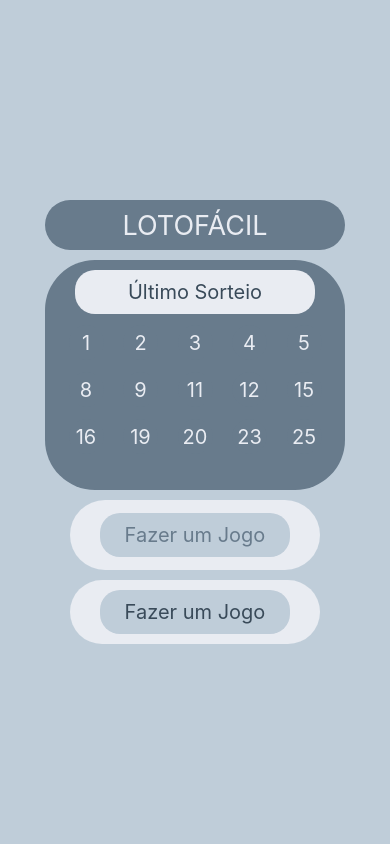
Repository: Deyvid-Kasteh/LotofacilApp
Screen: /
An editor plug-in stored every save of this project. The screen is shown before and after the next save, followed by the edit.
The app was drawn by React Native's web renderer in a window 390 px wide. The project was rebuilt for these pictures with package versions that can differ from the ones it lists, and the page was loaded fresh each time. Also part of the build but not shown: paginaTESTE.js.

Above is the screen before, as saved 2023-11-27 07:01:30.

### App.js
import { StatusBar } from 'expo-status-bar';
import { Text, View } from 'react-native';
import MainPage from './pages/MainPage';

export default function App() {
  return (
    <MainPage/>
  );
}

### pages/MainPage.js
import { View, Text } from 'react-native'
import React from 'react'
import { StatusBar } from "expo-status-bar";
import Resultado from '../components/Resultado';
import PaginaTesteee from '../paginaTESTE';

const MainPage = () => {
  return (
    <View
      style={{
        flex: 1,
        alignItems: "center",
        justifyContent: "center",
        backgroundColor: "#BFCDD9",
        // backgroundColor: "#E9ECF2",
      }}
    >
      <StatusBar style="auto" />
      {/* <Text>Lotofácil</Text> */}
      <Resultado />
      {/* <PaginaTesteee/> */}
    </View>
  );
}

export default MainPage

### components/Resultado.js
import { View, Text, TouchableOpacity } from "react-native";
import React, { useState } from "react";
import Bubble from "./Bubble";
import latestJson from "../Latest.json";

const Resultado = () => {
  const [viewHeight, setViewHeight] = useState(50);
  const toggleHeight = () => {
    const newHeight = viewHeight === 50 ? 200 : 50;
    setViewHeight(newHeight);
    console.log("mudou")
  };

  const dezenas = latestJson.Dezenas;
  const dezenasParaEscolher = [
    1, 2, 3, 4, 5, 6, 7, 8, 9, 10, 11, 12, 13, 14, 15, 16, 17, 18, 19, 20, 21,
    22, 23, 24, 25,
  ];

  const changeStyle = () => {
    console.log(latestJson.Dezenas);
  };


  const renderFazerJogo = () => {
    if (viewHeight === 50) {
    } else {
      return (
        <View
          style={{
            flexWrap: "wrap",
            flexDirection: "row",
            alignContent: "center",
            justifyContent: "space-evenly",
          }}
        >
          {dezenasParaEscolher.map((numero, index) => (
            <TouchableOpacity key={index}>
              <Bubble numero={numero} />
            </TouchableOpacity>
          ))}
        </View>
      );
    }
  };




  return (
    <View
      style={{
        flex: 1,
        justifyContent: "center",
        alignItems: "center",
      }}
    >
      <View
        style={{
          width: 300,
          height: 50,
          borderRadius: 50,
          alignItems: "center",
          justifyContent: "center",
          elevation: 2,
          backgroundColor: "#687B8C",
          marginBottom: 10,
        }}
      >
        <Text
          style={{
            color: "#E9ECF2",
            // color: "#394A59",
            fontSize: 27,
          }}
        >
          LOTOFÁCIL
        </Text>
      </View>
      <View
        style={{
          width: 300,
          height: 230,
          padding: 10,
          borderRadius: 50,
          // flexWrap: "wrap",
          // flexDirection: "row",
          // alignContent: "center",
          // justifyContent: "flex-start",
          alignItems: "center",
          elevation: 2,
          // backgroundColor: "#95ACBF",
          // backgroundColor: "#E9ECF2",
          // backgroundColor: "#394A59",
          backgroundColor: "#687B8C",
          // backgroundColor: "#BFCDD9",
        }}
      >
        <TouchableOpacity
          style={{
            width: 240,
            backgroundColor: "#394A59",
            backgroundColor: "#687B8C",
            backgroundColor: "#E9ECF2",

            elevation: 5,
            // alignContent: "center",
            justifyContent: "center",
            alignItems: "center",

            padding: 10,
            borderRadius: 20,
            marginBottom: 5,
          }}
          onPress={() => changeStyle()}
        >
          <Text
            style={{
              color: "#E9ECF2",
              color: "#394A59",

              fontSize: 20,
            }}
          >
            Último Sorteio
          </Text>
        </TouchableOpacity>
        <View
          style={{
            flexWrap: "wrap",
            flexDirection: "row",
            alignContent: "center",
            justifyContent: "space-evenly",
          }}
        >
          {dezenas.map((numero, index) => (
            <Bubble key={index} numero={numero} />
          ))}
        </View>
      </View>
      <View
        style={[
          {
            height: 70,
            // padding: 10,
            borderRadius: 50,
            marginTop: 10,
            alignContent: "center",
            justifyContent: "center",
            justifyContent: "space-around",
            alignItems: "center",
            elevation: 2,
            marginBottom: 10,
            marginBottom: 10,

            backgroundColor: "#E9ECF2",
            // backgroundColor: "#687B8C",
          },
          viewHeight === 50
            ? { width: 250, backgroundColor: "#E9ECF2" }
            : { width: 300, backgroundColor: "#687B8C" },
        ]}
      >
        <TouchableOpacity
          style={[
            {
              elevation: 2,
              alignContent: "center",
              justifyContent: "center",
              alignItems: "center",
              padding: 10,
              borderRadius: 20,
            },
            viewHeight === 50
              ? { width: 190, backgroundColor: "#BFCDD9" }
              : { width: 240, backgroundColor: "#E9ECF2" },
          ]}
          onPress={() => changeStyle()}
        >
          <Text
            style={{
              color: "#687B8C",
              fontSize: 20,
            }}
          >
            Fazer um Jogo
          </Text>
        </TouchableOpacity>
      </View>

      {/* SEPARAÇÃO */}
      {/* SEPARAÇÃO */}
      <View
        style={[
          {
            width: 300,
            // height: 320,
            padding: 10,
            borderRadius: 50,

            alignItems: "center",
            elevation: 2,
            // backgroundColor: "#95ACBF",
            // backgroundColor: "#E9ECF2",
            // backgroundColor: "#394A59",
            backgroundColor: "#687B8C",
            // backgroundColor: "#BFCDD9",
          },
          viewHeight === 50
            ? { width: 250, backgroundColor: "#E9ECF2" }
            : { width: 300, backgroundColor: "#687B8C" },
        ]}
      >
        <TouchableOpacity
          style={[
            {
              width: 240,
              backgroundColor: "#394A59",
              backgroundColor: "#687B8C",
              backgroundColor: "#E9ECF2",
              elevation: 5,
              justifyContent: "center",
              alignItems: "center",
              padding: 10,
              borderRadius: 20,
            },
            viewHeight === 50
              ? { width: 190, backgroundColor: "#BFCDD9" }
              : { width: 240, backgroundColor: "#E9ECF2" },
          ]}
          onPress={() => toggleHeight()}
        >
          <Text
            style={{
              color: "#E9ECF2",
              color: "#394A59",

              fontSize: 20,
            }}
          >
            Fazer um Jogo
          </Text>
        </TouchableOpacity>
        {renderFazerJogo()}
      </View>

      {/* <View
        style={{
          width: 250,
          height: 70,
          // padding: 10,
          borderRadius: 50,
          marginTop: 10,
          alignContent: "center",
          justifyContent: "center",
          justifyContent: "space-around",
          alignItems: "center",
          elevation: 2,
          // backgroundColor: "#95ACBF",
          backgroundColor: "#E9ECF2",
          // backgroundColor: "#394A59",
          // backgroundColor: "#687B8C",
          // backgroundColor: "#BFCDD9",
          // backgroundColor: "#687B8C",
        }}
      >
        <TouchableOpacity
          style={{
            width: 190,
            backgroundColor: "#394A59",
            // backgroundColor: "#687B8C",
            // backgroundColor: "#E9ECF2",
            backgroundColor: "#95ACBF",
            backgroundColor: "#BFCDD9",

            // elevation: 2,
            alignContent: "center",
            justifyContent: "center",
            alignItems: "center",
            padding: 10,
            borderRadius: 20,
          }}
          onPress={() => changeStyle()}
        >
          <Text
            style={{
              color: "#E9ECF2",
              color: "#394A59",
              color: "#687B8C",

              fontSize: 20,
            }}
          >
            Estatisticas
          </Text>
        </TouchableOpacity>
      </View> */}
      {/* <View
        style={{
          width: 250,
          height: 70,
          // padding: 10,
          borderRadius: 50,
          marginTop: 10,
          alignContent: "center",
          justifyContent: "center",
          justifyContent: "space-around",
          alignItems: "center",
          elevation: 2,
          // backgroundColor: "#95ACBF",
          backgroundColor: "#E9ECF2",
          // backgroundColor: "#394A59",
          // backgroundColor: "#687B8C",
          // backgroundColor: "#BFCDD9",
          // backgroundColor: "#687B8C",
        }}
      >
        <TouchableOpacity
          style={{
            width: 190,
            backgroundColor: "#394A59",
            // backgroundColor: "#687B8C",
            // backgroundColor: "#E9ECF2",
            backgroundColor: "#95ACBF",
            backgroundColor: "#BFCDD9",

            // elevation: 2,
            alignContent: "center",
            justifyContent: "center",
            alignItems: "center",
            padding: 10,
            borderRadius: 20,
          }}
          onPress={() => changeStyle()}
        >
          <Text
            style={{
              color: "#E9ECF2",
              color: "#394A59",
              color: "#687B8C",

              fontSize: 20,
            }}
          >
            Conferir resultado
          </Text>
        </TouchableOpacity>
      </View> */}
    </View>
  );
};

export default Resultado;

### components/Bubble.js
import { View, Text } from "react-native";
import React from "react";

const Bubble = (props) => {
  return (
    <View
      style={{
        width: 35,
        height: 35,
        // backgroundColor: "#394A59",
        backgroundColor: "#687B8C",

        // backgroundColor: props.corDeFundo,
        borderRadius: 50,
        alignContent: "center",
        justifyContent: "center",
        alignItems: "center",
        margin: 6,
        // elevation: 5,
        opacity: 1,
      }}
    >
      <Text
        style={{
          color: "#E9ECF2",
          fontSize: 20,
        }}
      >
        {props.numero}
      </Text>
    </View>
  );
};

export default Bubble;

### Latest.json
{
  "concurso": 2960,
  "Data Sorteio": "22/11/2023",
  "Dezenas": [
    1,
    2,
    3,
    4,
    5,
    8,
    9,
    11,
    12,
    15,
    16,
    19,
    20,
    23,
    25
  ],
  "Ganhadores 15 acertos": 3,
  "Cidade / UF": "BRASILIA/DF; JARAGUA/GO; IPATINGA/MG",
  "Premio 15 Acertos": "R$1.639.439,24",
  "Ganhadores 14 Acertos": 433,
  "Premio 14 Acertos": "R$1.732,84",
  "Ganhadores 13 Acertos": 13831,
  "Premio 13 Acertos": "R$30,00",
  "Ganhadores 12 Acertos": 163567,
  "Premio 12 Acertos": "R$12,00",
  "Ganhadores 11 Acertos": 882304,
  "Premio 11 Acertos": "R$6,00"
}

After the next save:
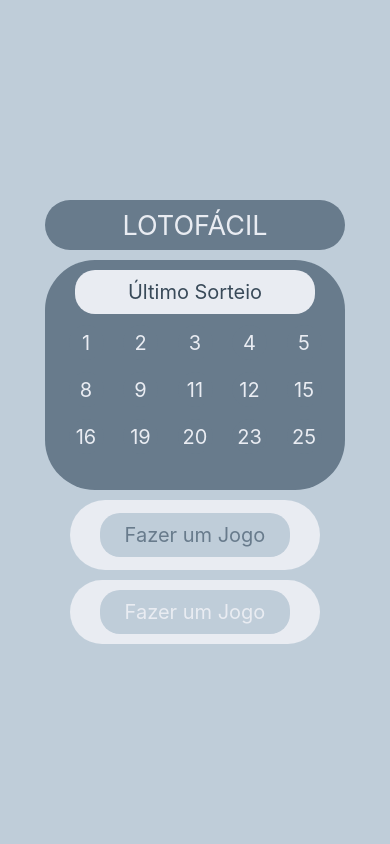
Saved 11 s later.
--- a/components/Resultado.js
+++ b/components/Resultado.js
@@ -233,7 +233,7 @@
           <Text
             style={{
               color: "#E9ECF2",
-              color: "#394A59",
+              // color: "#394A59",
 
               fontSize: 20,
             }}

After the save that followed:
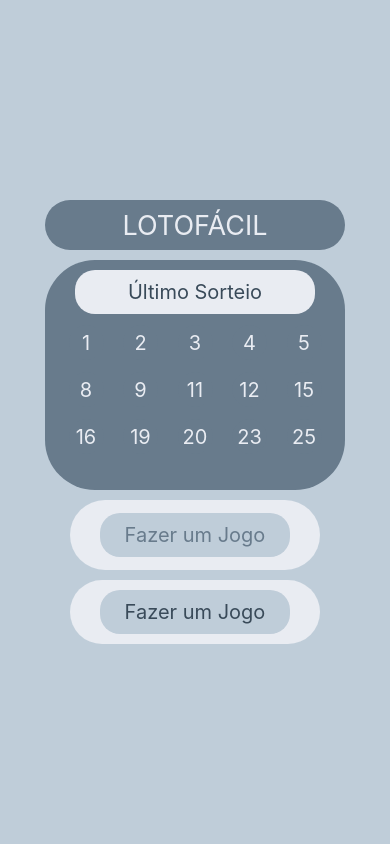
Saved 4 s later.
--- a/components/Resultado.js
+++ b/components/Resultado.js
@@ -233,7 +233,7 @@
           <Text
             style={{
               color: "#E9ECF2",
-              // color: "#394A59",
+              color: "#394A59",
 
               fontSize: 20,
             }}
